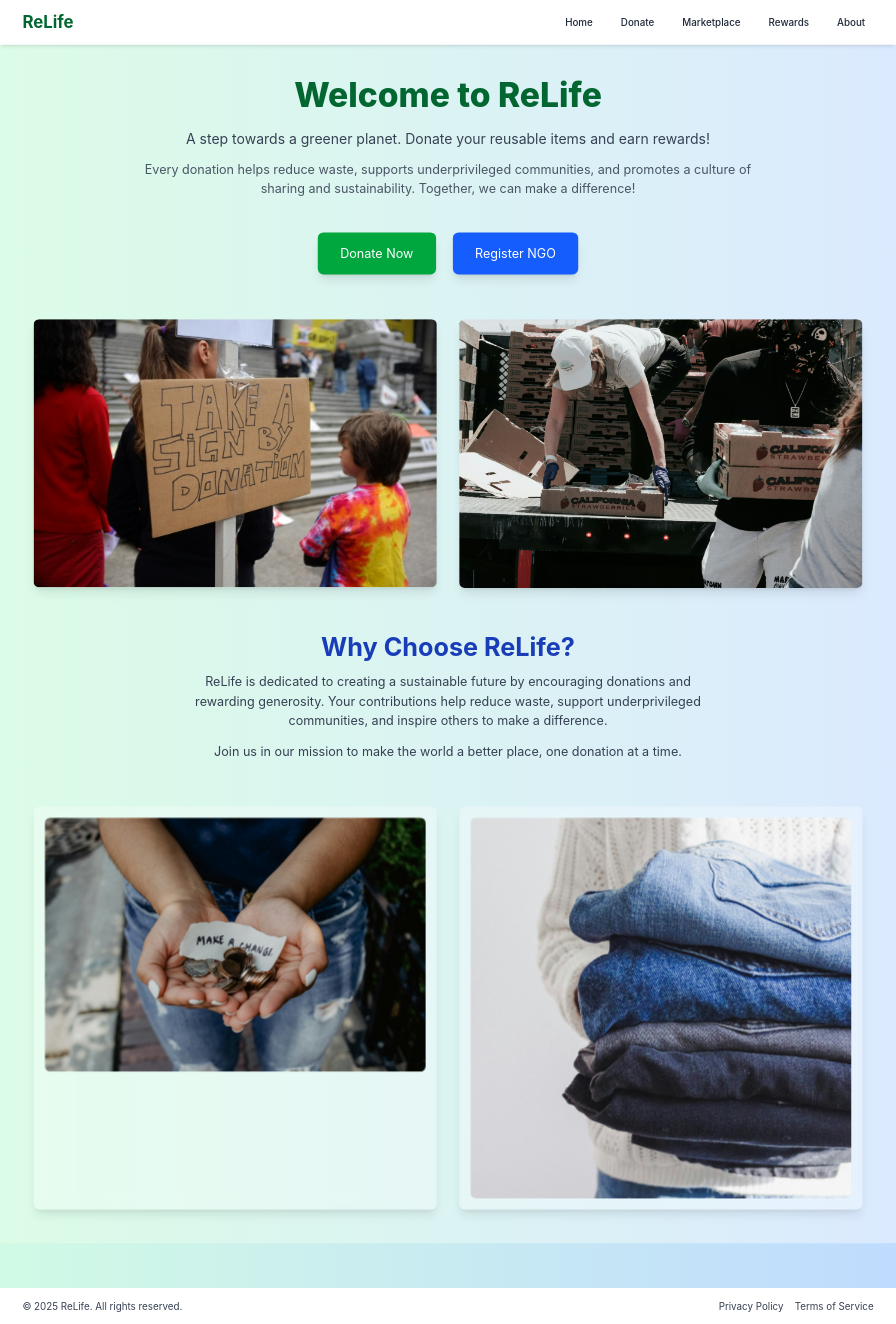
Repository: Harsh-verma24/edonation-drive
Page: / (app in frontend/)
An editor plug-in stored every save of this project. The page is shown before and after the next save, followed by the edit.
The browser window is 1280 px wide. The pictures show the whole page, at 70% of full size.
The project was rebuilt for these pictures with package versions that can differ from the ones it lists, and the page was loaded fresh each time. Also part of the build but not shown: frontend/vite.config.js, frontend/src/utils/axiosInstance.js, frontend/src/pages/Donate.jsx, frontend/src/pages/Rewards.jsx, frontend/src/pages/Marketplace.jsx, frontend/src/pages/About.jsx.

Above is the page before, as saved 2025-10-15 22:36:47.

After the next save:
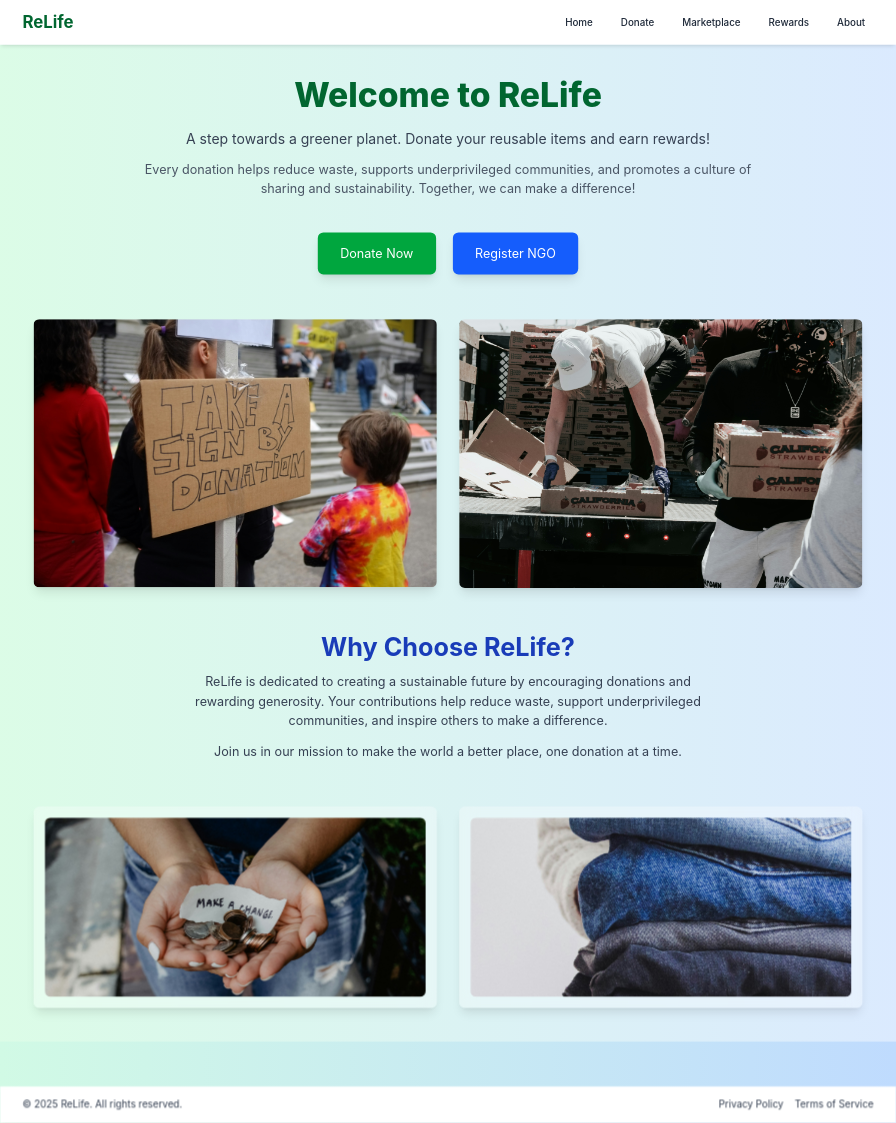
Saved 14 s later.
--- a/frontend/src/pages/Home.jsx
+++ b/frontend/src/pages/Home.jsx
@@ -44,14 +44,14 @@ const Home = () => {
           <img
             src="/katt-yukawa-K0E6E0a0R3A-unsplash.jpg"
             alt="Make a Change"
-            className="rounded-lg"
+            className="rounded-lg w-full h-64 object-cover"
           />
         </div>
         <div className="relative rounded-lg shadow-lg bg-white/30 backdrop-blur-md p-4">
           <img
             src="/maude-frederique-lavoie-EDSTj4kCUcw-unsplash.jpg"
             alt="Blue and White Textile"
-            className="rounded-lg"
+            className="rounded-lg w-full h-64 object-cover"
           />
         </div>
       </div>
